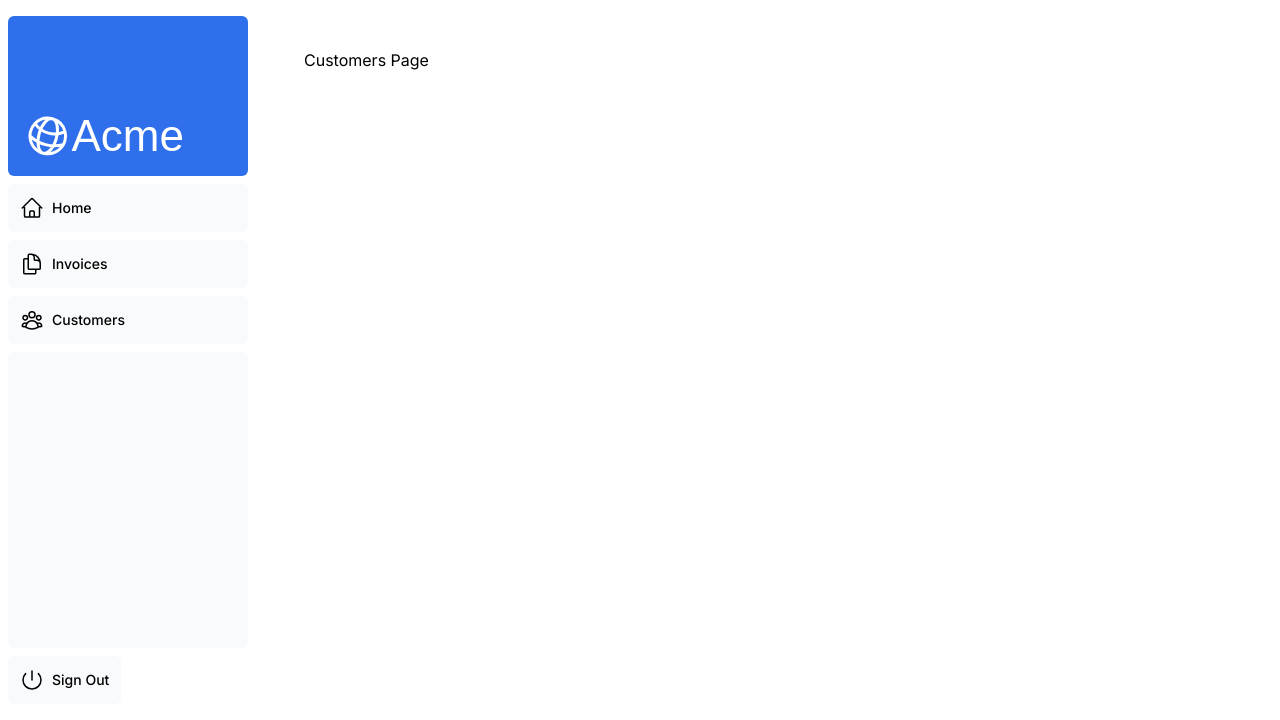
Repository: g-surkis/next-test-dashboard
Page: /dashboard/customers
An editor plug-in stored every save of this project. The page is shown before and after the next save, followed by the edit.
The browser window is 1280 px wide. The pictures show the whole page.
Some web fonts or font styles are not loaded; a fallback is used. The project was rebuilt for these pictures with package versions that can differ from the ones it lists, and the page was loaded fresh each time. The framework's server and built-in components were replaced by stand-ins that run in the browser. Also part of the build but not shown: next.config.js.

Above is the page before, as saved 2023-11-14 22:44:16.

After the next save:
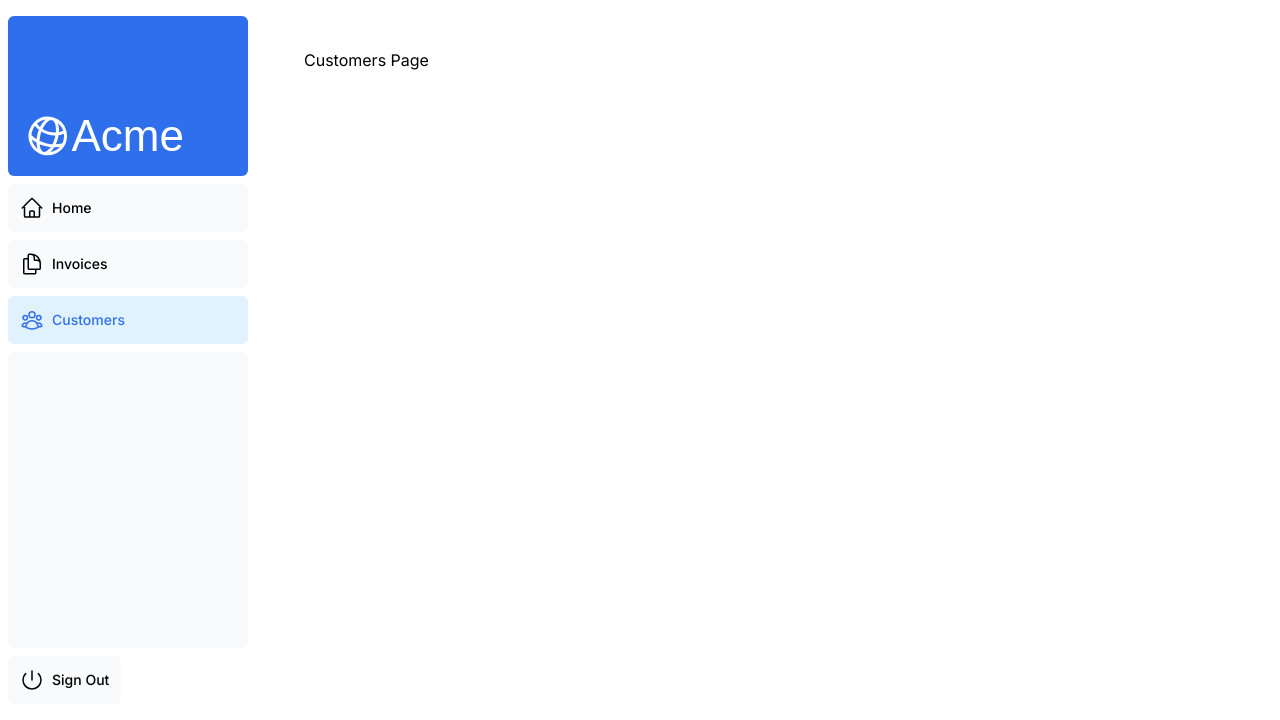
Saved 17 s later.
--- a/app/ui/dashboard/nav-links.tsx
+++ b/app/ui/dashboard/nav-links.tsx
@@ -31,7 +31,12 @@
           <Link
             key={link.name}
             href={link.href}
-            className="flex h-[48px] grow items-center justify-center gap-2 rounded-md bg-gray-50 p-3 text-sm font-medium hover:bg-sky-100 hover:text-blue-600 md:flex-none md:justify-start md:p-2 md:px-3"
+            className={clsx(
+              'flex h-[48px] grow items-center justify-center gap-2 rounded-md bg-gray-50 p-3 text-sm font-medium hover:bg-sky-100 hover:text-blue-600 md:flex-none md:justify-start md:p-2 md:px-3',
+              {
+                'bg-sky-100 text-blue-600': pathname === link.href,
+              },
+            )}
           >
             <LinkIcon className="w-6" />
             <p className="hidden md:block">{link.name}</p>
